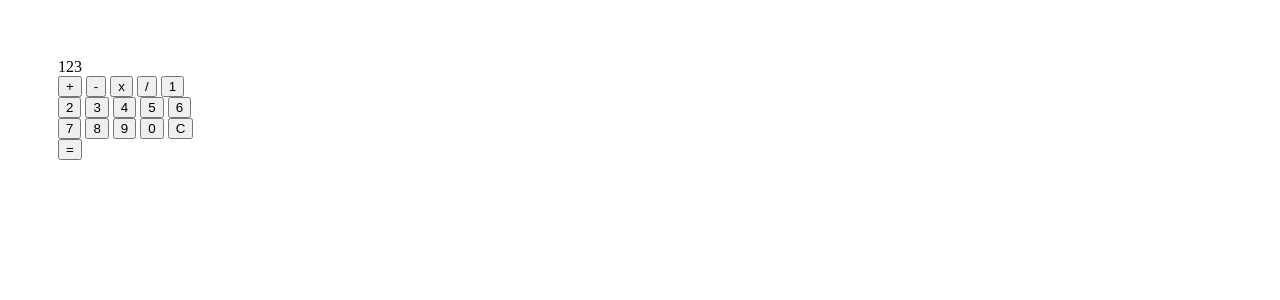
Repository: TEazy2433/LAB-calculator
Page: index.html
The author's editor kept a copy of each file at every save. The page is drawn from the files as they stood at one save, then again after the next save.
The browser window is 1280 px wide. The pictures show the whole page.

Above is the page before, as saved 2023-10-14 09:53:21.

After the next save:
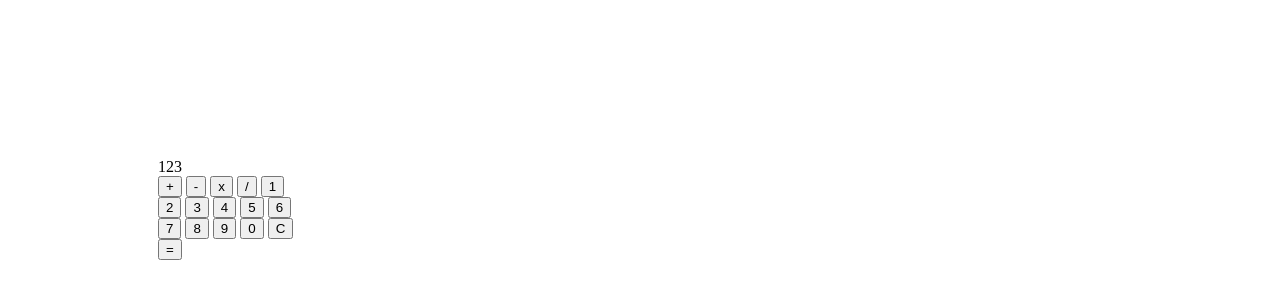
Saved 10 s later.
--- a/main.css
+++ b/main.css
@@ -2,7 +2,7 @@
   display: flex;
   flex-wrap: wrap;
   max-width: 150px;
-  padding: 50px;
+  padding: 150px;
 }
 .display{
 
